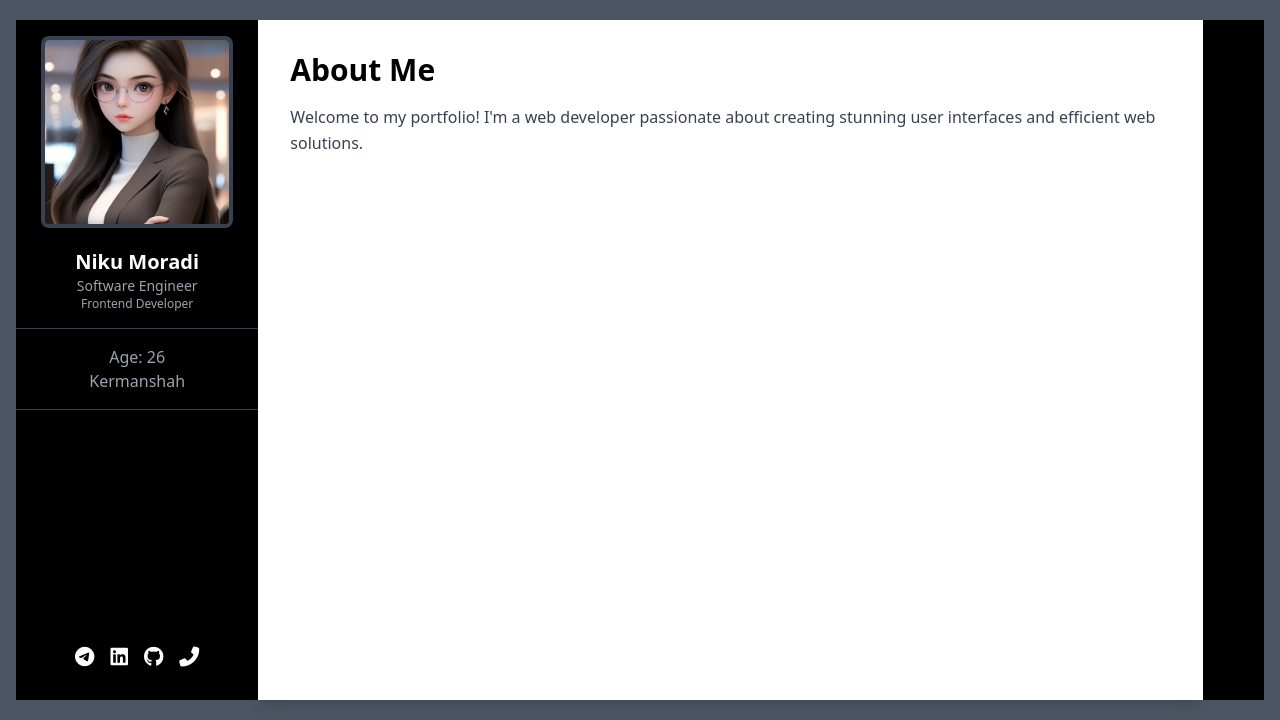
Repository: NikuMoradi/niku-moradi
Page: /
An editor plug-in stored every save of this project. The page is shown before and after the next save, followed by the edit.
The browser window is 1280 px wide. The pictures show the whole page.
The project was rebuilt for these pictures with package versions that can differ from the ones it lists, and the page was loaded fresh each time. The framework's server and built-in components were replaced by stand-ins that run in the browser. Also part of the build but not shown: nuxt.config.ts, components/Blog Posts/Component-Design.vue, components/Blog.vue, components/Contact.vue, components/Education.vue, components/Experience.vue, components/Hero.vue, components/Menu.vue and 3 more.

Above is the page before, as saved 2024-11-29 09:41:09.

### assets/css/main.css
@tailwind base;
@tailwind components;
@tailwind utilities;

body {
  /* From https://css.glass */
  background: #ffffff;
}

@layer utilities {
}

### components/LeftPanel.vue
<template>
  <div
    class="bg-black text-white w-80 flex flex-col"
    style="height: calc(100vh - 40px)"
  >
    <!-- Profile Picture -->
    <div
      class="p-4 flex flex-col items-center justify-center border-b border-gray-700"
    >
      <img
        src="../assets/img/photo_2024-11-28_10-37-05.jpg"
        alt="Profile Picture"
        class="w-48 h-48 mb-5 rounded-lg border-4 border-gray-700 object-cover object-center"
      />
      <h2 class="text-xl font-bold">Niku Moradi</h2>
      <p class="text-sm text-gray-400">Software Engineer</p>
      <p class="text-xs text-gray-400">Frontend Developer</p>
    </div>

    <!-- Biography -->
    <div class="p-4 text-center border-b border-gray-700">
      <p class="text-md text-gray-400">Age: 26</p>
      <p class="text-md text-gray-400">Kermanshah</p>
    </div>

    <!-- Social Links -->
    <div class="py-8 text-center mt-auto text-white">
      <div class="space-x-4">
        <a
          href="https://t.me/yourusername"
          target="_blank"
          class="text-white hover:text-blue-400"
        >
          <i class="fab fa-telegram fa-lg"></i>
        </a>
        <a
          href="https://linkedin.com/in/yourusername"
          target="_blank"
          class="text-white hover:text-blue-600"
        >
          <i class="fab fa-linkedin fa-lg"></i>
        </a>
        <a
          href="https://github.com/yourusername"
          target="_blank"
          class="text-white hover:text-gray-700"
        >
          <i class="fab fa-github fa-lg"></i>
        </a>
        <a href="tel:+1234567890" class="text-white hover:text-green-400">
          <i class="fas fa-phone-alt fa-lg"></i>
        </a>
      </div>
    </div>
  </div>
</template>

### components/RightPanel.vue
<template>
  <div class="bg-black w-20" style="height: calc(100vh - 40px)"></div>
</template>

### layouts/default.vue
<template>
  <div class="flex justify-center items-center min-h-screen bg-gray-600 px-4">
    <LeftPanel />

    <!-- Fixed Width Centered Card -->
    <div
      class="bg-white shadow-lg w-full max-w-5xl overflow-hidden"
      style="height: calc(100vh - 40px)"
    >
      <!-- Scrollable Content -->
      <div class="overflow-y-auto h-full scrollbar-hide">
        <NuxtPage />
      </div>
    </div>
    <!-- Right Panel -->
    <RightPanel />
  </div>
</template>

<style>
/* Add any custom global styles here */
body {
  background: linear-gradient(to bottom, #f0f0f0, #d0d0d0);
}
</style>

### app.vue
<!-- The app.vue is just holding the layout container and serving as the root.
 The default.vue layout handles the overall structure of the page.
All content from your pages will automatically be placed inside the NuxtPage slot of the layout.-->
<template>
  <NuxtLayout />
</template>

### pages/index.vue
<template>
  <div class="p-8">
    <h1 class="text-3xl font-bold mb-4">About Me</h1>
    <p class="text-gray-700 leading-relaxed">
      Welcome to my portfolio! I'm a web developer passionate about creating
      stunning user interfaces and efficient web solutions.
    </p>
  </div>
</template>

### tailwind.config.js
/** @type {import('tailwindcss').Config} */
export default {
  content: [
    "./components/**/*.{js,vue,ts}",
    "./layouts/**/*.vue",
    "./pages/**/*.vue",
    "./plugins/**/*.{js,ts}",
    "./app.vue",
    "./error.vue",
  ],
  theme: {
    extend: {},
  },
  plugins: [require("tailwind-scrollbar-hide")],
};

Loaded but not shown: plugins/aos.client.js (no copy from this time; the picture is the same without it)

After the next save:
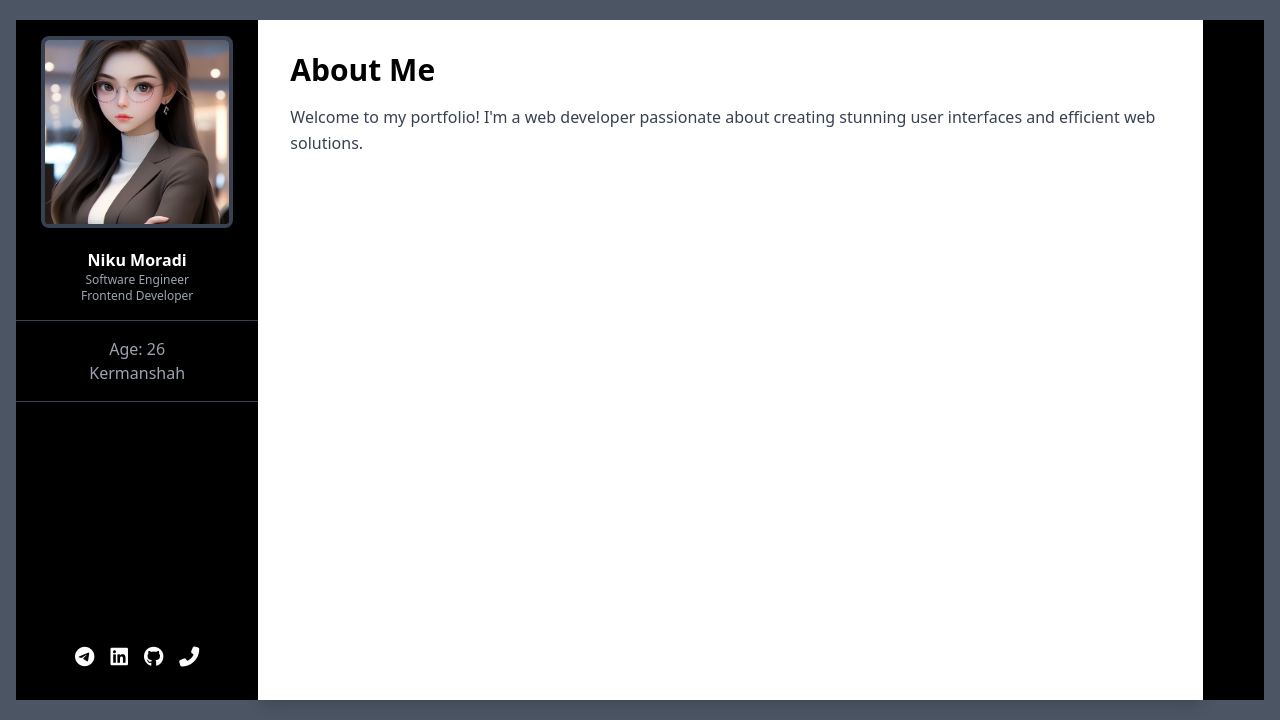
Saved 2 min 36 s later.
--- a/components/LeftPanel.vue
+++ b/components/LeftPanel.vue
@@ -12,8 +12,8 @@
         alt="Profile Picture"
         class="w-48 h-48 mb-5 rounded-lg border-4 border-gray-700 object-cover object-center"
       />
-      <h2 class="text-xl font-bold">Niku Moradi</h2>
-      <p class="text-sm text-gray-400">Software Engineer</p>
+      <h2 class="text-md font-bold">Niku Moradi</h2>
+      <p class="text-xs text-gray-400">Software Engineer</p>
       <p class="text-xs text-gray-400">Frontend Developer</p>
     </div>
 
